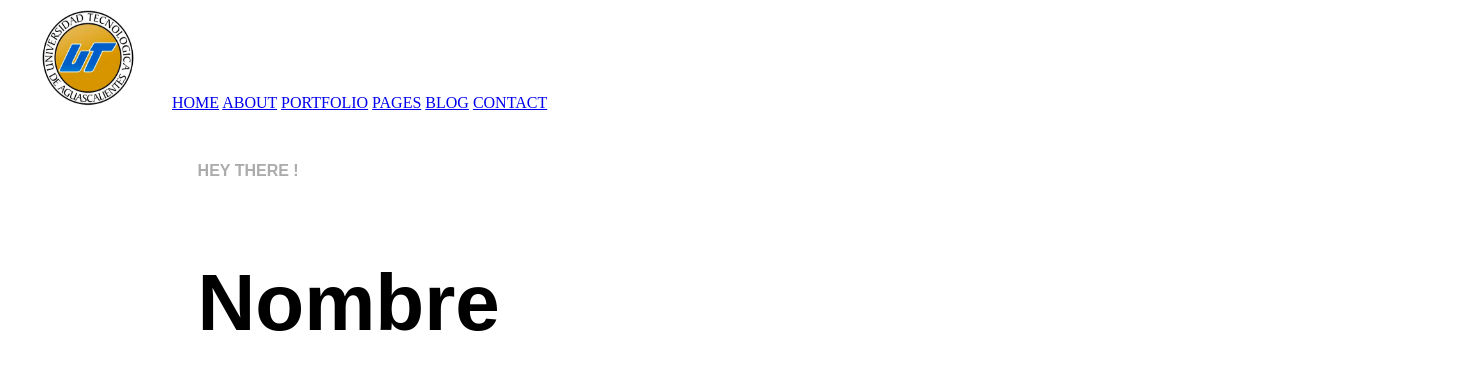
Repository: Armandoyerek11/proyectou1
Page: index.html
An editor plug-in stored every save of this project. The page is shown before and after the next save, followed by the edit.
The browser window is 1280 px wide. The page is 1462 px wide, so the pictures cover 1462 px, including what lies to the right of the window. The pictures show the whole page.

Above is the page before, as saved 2022-05-30 14:12:06.

### index.html
<!DOCTYPE html>
<html lang="en">

<head>
    <meta charset="UTF-8">
    <meta http-equiv="X-UA-Compatible" content="IE=edge">
    <meta name="viewport" content="width=device-width, initial-scale=1.0">
    <title>Proyecto U1</title>
    <link rel="stylesheet" href="style.css">
</head>

<body>
    <nav>
        <a><img src="logo.jpg" width="160" height="100"></li>
        </a>
        <a href="#" class="nav_bar">HOME</a>
        <a href="#" class="nav_bar">ABOUT</a>
        <a href="#" class="nav_bar">PORTFOLIO</a>
        <a href="#" class="nav_bar">PAGES</a>
        <a href="#" class="nav_bar">BLOG</a>
        <a href="#" class="nav_bar">CONTACT</a>
    </nav>
    <br>
    </br>
    <h1> HEY THERE !</h1>

    <h2>Nombre</h2>
</body>

</html>

### style.css
nav ul {
    list-style: none;
    display: inline-block;
    padding: 1px;
    margin-left: 5px;
    margin-right: 5px;
}

nav ul li {
    float: left;
    margin-top: 0px;
    margin-left: 5px;
    margin-right: 5px;
}

.nav_bar:hover {
    background: rgb(255, 251, 251);
}

h1 {
    color: #adacac;
    font-size: 1em;
    top: 50%;
    left: 80%;
    transform: translatex(15%) translatey(15%);
    font-family: Arial, Helvetica, sans-serif;
}

h2 {
    color: black;
    font-size: 5em;
    top: 50%;
    right: 10ch;
    transform: translatex(15%) translatey(15%);
    font-family: Arial, Helvetica, sans-serif;
}

After the next save:
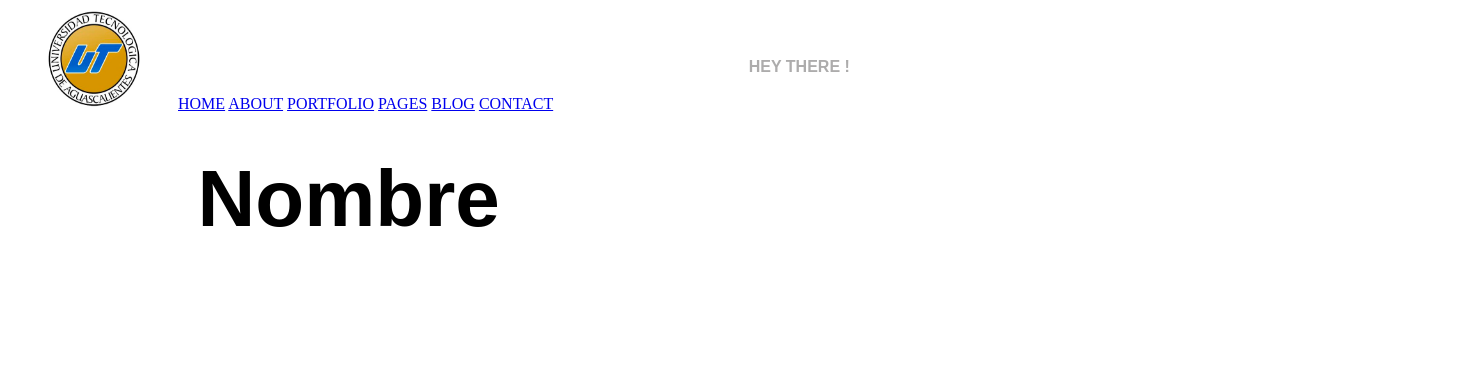
Saved 19 s later.
--- a/style.css
+++ b/style.css
@@ -1,4 +1,4 @@
-nav ul {
+nav {
     list-style: none;
     display: inline-block;
     padding: 1px;
@@ -6,7 +6,7 @@
     margin-right: 5px;
 }
 
-nav ul li {
+nav {
     float: left;
     margin-top: 0px;
     margin-left: 5px;
